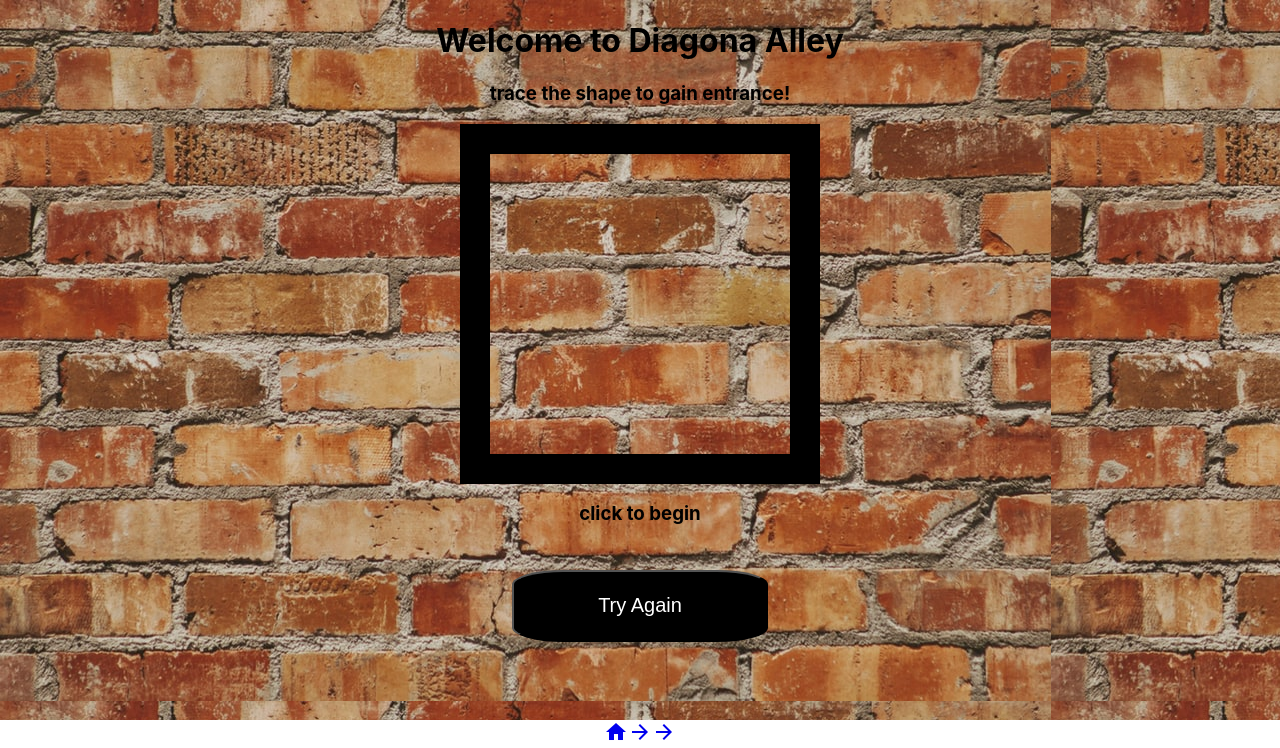
Repository: Brandon205/PotterGo
Page: /houses (app in client/)
These files come from the project's save history. The page is drawn as it stood at one moment and after a run of saves; the edit follows.
The browser window is 1280 px wide. The pictures show the whole page.
The project was rebuilt for these pictures with package versions that can differ from the ones it lists, and the page was loaded fresh each time. A package was used in the major version that the imports need, not the one package.json lists. Also part of the build but not shown: client/src/Homepage.jsx, client/src/Signup.js, client/src/Login.js, client/src/LoginPage.jsx, client/src/WandGenerator.jsx.

Above is the page before, as saved 2019-11-21 17:08:41.

After the next 2 saves:
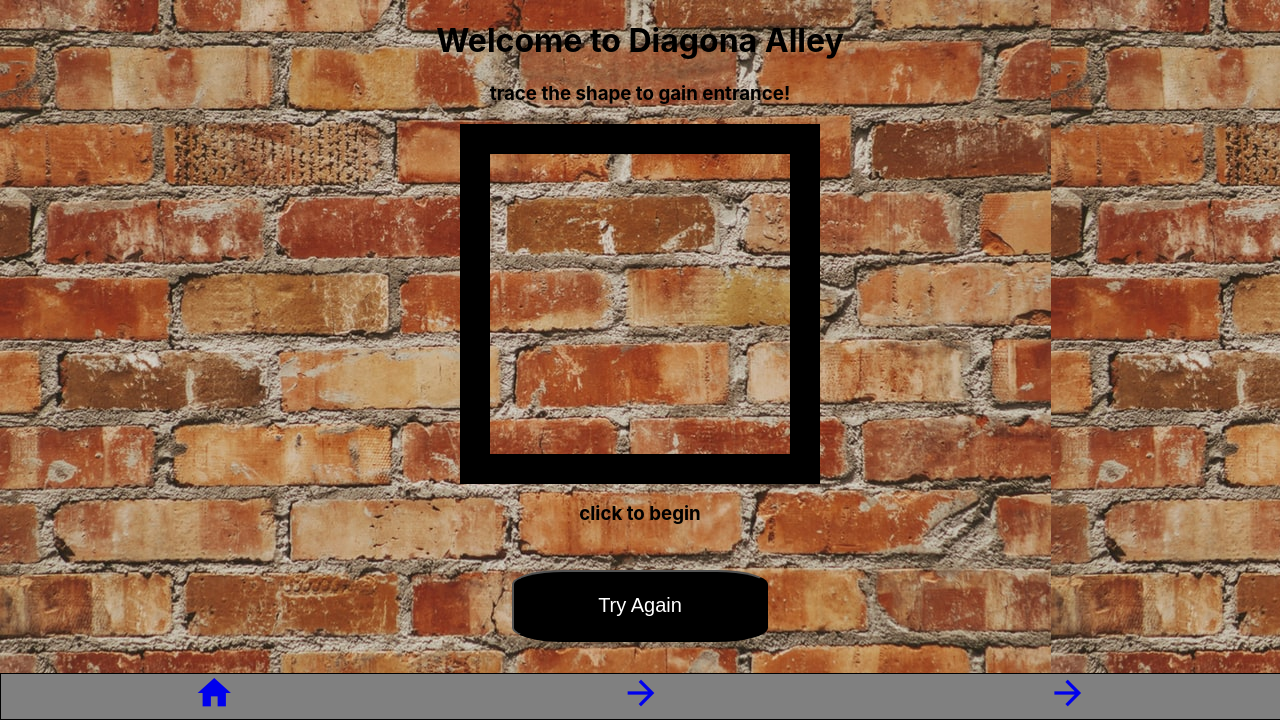
The 2 saves are shown as one change because they came seconds apart.
The last was saved 12 s later.
--- a/client/src/App.css
+++ b/client/src/App.css
@@ -1,20 +1,43 @@
+nav {
+  display: flex;
+  justify-content: space-around;
+  align-items: center;
+  height: 45px;
+  position: fixed;
+  bottom: 0px;
+  width: 100vw;
+  border: 1px solid black;
+  background-color: gray;
+}
+
+header {
+  background-color: gray;
+  border-bottom: 2px solid black;
+  top: 0px;
+  margin: 0;
+  font-size: 20px;
+}
+
+header h1 {
+  margin: 0 0 10px 0;
+}
+
+/* img {
+  width: 500px;
+  height: 400px;
+} */
+
 .App {
   text-align: center;
 }
 
-.App-logo {
-  height: 40vmin;
+.link {
+  font-size: 30px;
+  text-decoration: none;
 }
 
-.App-header {
-  background-color: #282c34;
-  min-height: 100vh;
-  display: flex;
-  flex-direction: column;
-  align-items: center;
-  justify-content: center;
-  font-size: calc(10px + 2vmin);
-  color: white;
+.material-icons {
+  font-size: 40px;
 }
 
 .App-link {
@@ -30,6 +53,12 @@
 }
 
 .container {
+  display: flex;
+  align-content: center;
+  justify-content: center;
+}
+
+.containerTwo {
   display: flex;
   align-content: center;
   justify-content: center;
